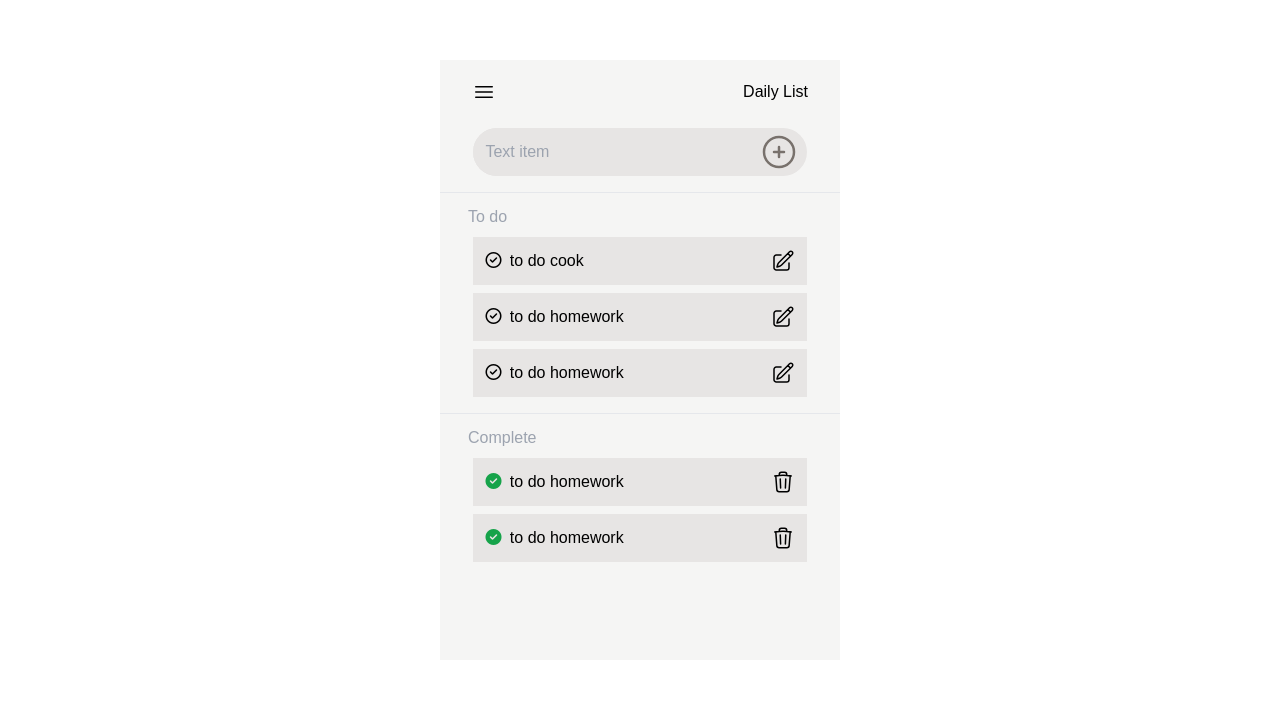
Repository: hsumyatm7308/TodolistbyPHP
Page: http://localhost/
The author's editor kept a copy of each file at every save. The page is drawn from the files as they stood at one save, then again after the next save.
The browser window is 1280 px wide. The pictures show the whole page.
Some web libraries are served in a nearby version. The page is run by PHP 8.4 with error messages shown; the project is at /var/www/html/.

Above is the page before, as saved 2023-07-09 16:42:58.

After the next save:
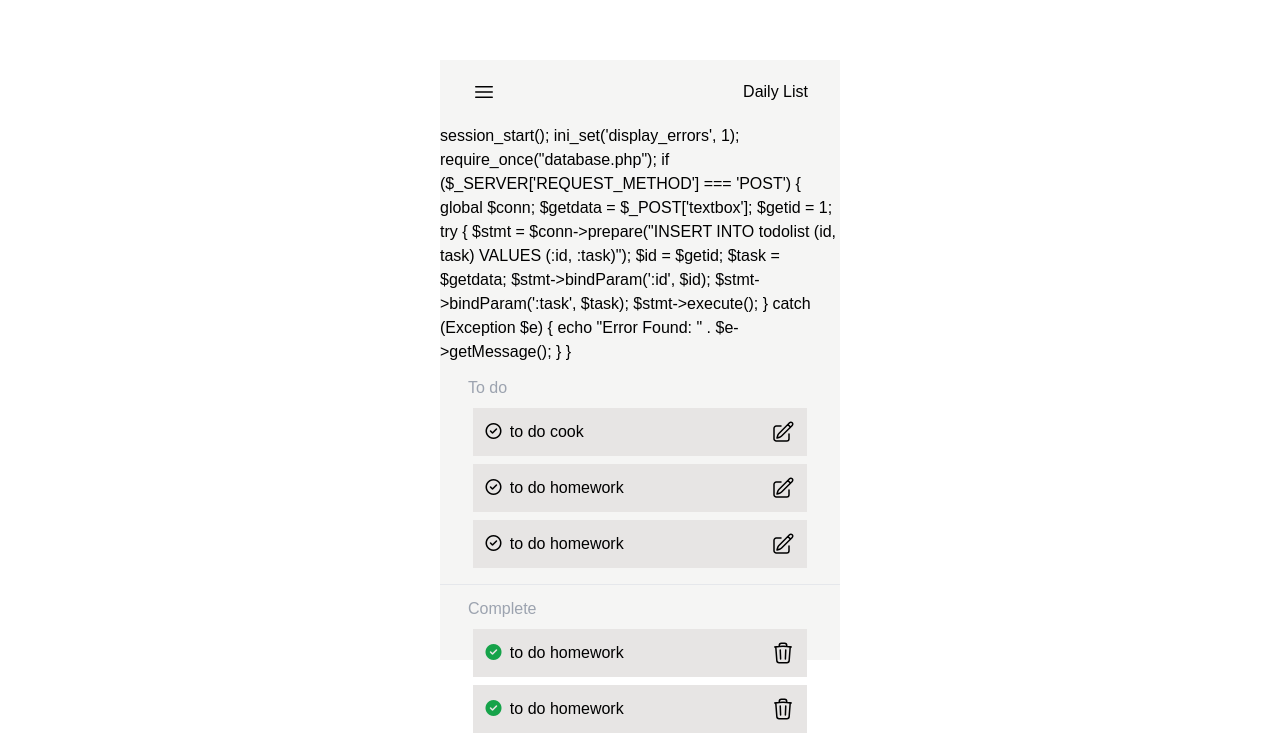
Saved 35 s later.
--- a/create.php
+++ b/create.php
@@ -1,73 +1,25 @@
-<?php
-
 session_start();
 ini_set('display_errors', 1);
 
 require_once("database.php");
 
 if ($_SERVER['REQUEST_METHOD'] === 'POST') {
-
     global $conn;
 
-
     $getdata = $_POST['textbox'];
-
-
-
+    $getid = 1;
 
     try {
+        $stmt = $conn->prepare("INSERT INTO todolist (id, task) VALUES (:id, :task)");
 
-
-
-        $stmt = $conn->prepare("INSERT INTO todolist(task) VALUE (':task')");
-
-
+        $id = $getid;
         $task = $getdata;
 
+        $stmt->bindParam(':id', $id);
         $stmt->bindParam(':task', $task);
 
-
-
-
         $stmt->execute();
-
-
     } catch (Exception $e) {
-        echo "Error Found : " . $e->getMessage();
+        echo "Error Found: " . $e->getMessage();
     }
-
-
-
-
-
-
 }
-
-?>
-
-
-
-
-
-<!-- to do form  -->
-<form action="" method="post" enctype="multipart/form-data">
-
-
-    <div class="w-full h-auto flex justify-center items-center p-1">
-        <div class="w-[85%] h-auto bg-stone-200 flex justify-between items-center rounded-3xl">
-            <input type="text" name="textbox"
-                class="w-[85%] bg-stone-200 rounded-tl-3xl rounded-bl-3xl p-3 focus:outline-none"
-                placeholder="Text item">
-
-            <button type="submit" name="submit" class="">
-                <svg xmlns="http://www.w3.org/2000/svg" fill="none" viewBox="0 0 24 24" stroke-width="1.5"
-                    stroke="currentColor" class="w-10 h-10 mr-2 text-stone-500 hover:text-stone-600">
-                    <path stroke-linecap="round" stroke-linejoin="round"
-                        d="M12 9v6m3-3H9m12 0a9 9 0 11-18 0 9 9 0 0118 0z" />
-                </svg>
-            </button>
-        </div>
-
-    </div>
-    <hr class="mt-3">
-</form>
